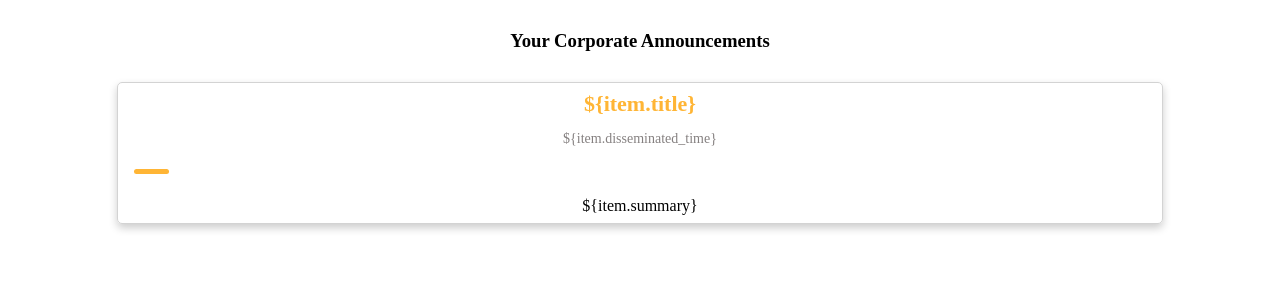
Repository: bhumikagohil/announcements
Page: card1.html
The author's editor kept a copy of each file at every save. The page is drawn from the files as they stood at one save, then again after the next save.
The browser window is 1280 px wide. The pictures show the whole page.
The page's requests for data from a server got no answer.

Above is the page before, as saved 2021-05-10 12:32:57.

### card1.html
<!DOCTYPE html>
<html>

<head>
  <meta name="viewport" content="width=device-width, initial-scale=1">
  <link rel="stylesheet" type="text/css" href="card1.css" />
</head>
<body>
    <div class="header-container">
        <h3 class="heading">Your Corporate Announcements</h3>
    </div>

    <div class="cards-container">

        <div class="card">
            <h5 class="title"> ${item.title} </h5>
            <p class="time"> ${item.disseminated_time}</p>
            <hr/>
            <div class="summary">
                ${item.summary}
            </div>
            </div>
    </div>
</body>
<script>

const endpoint = "https://picsum.photos/v2/list";

    fetch(endpoint)
        .then(function (response) {
            return response.json();
        })
        .then(function (data) {
            const newCard = data.map(item => {
                return `
                <div class="card">
                    <h5 class="title">
                        ${item.author}
                    </h5>
                    <p class="time">
                        ${item.width}
                    </p>
                    <hr/>
                    <div class="summary">
                        ${item.url}
                    </div>
                </div>
                `
            })

            document.querySelector(".cards-container").insertAdjacentHTML("afterbegin", newCard);
        })
        .catch(function (err) {
            console.log('error: ' + err);
        });

</script>


</html>

### card1.css
.header-container {
  width: 80%;
  margin: 30px auto;
}

.heading {
  text-align: center;
}

.cards-container {
  width: 100%;
}

.card {
  width: 80%;
  position: relative;
  display: flex;
  flex-direction: column;
  align-items: center;
  justify-content: space-between;
  padding: 0.5rem 1rem;
  box-shadow: 0 4px 8px 0 rgba(0, 0, 0, 0.2);
  border: 1px solid #d3d3d3;
  border-radius: 5px;
  margin: 7px auto;
  margin-bottom: 10px;
}

.title {
  font-weight: bolder;
  font-size: 22px;
  margin-block: 0;
  color: #ffb535;
}

hr {
  content: "";
  height: 5px;
  background: #ffb535;
  width: 35px;
  border-radius: 3px;
  margin-left: 0;
  border: none;
}

.time {
  font-size: 14px;
  color: #858080;
}

.summary {
  overflow-x: auto;
  margin-top: 15px;
}

After the next save:
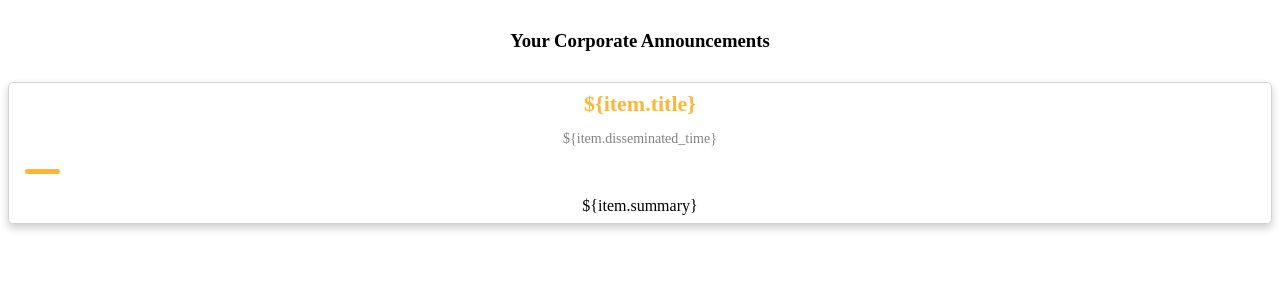
Saved 5 s later.
--- a/card1.css
+++ b/card1.css
@@ -1,6 +1,15 @@
 .header-container {
-  width: 80%;
+  width: 100%;
   margin: 30px auto;
+}
+
+.navbar {
+  position: relative;
+  display: flex;
+  flex-direction: column;
+  align-items: center;
+  justify-content: space-between;
+  padding: 0.5rem 1rem;
 }
 
 .heading {
@@ -12,7 +21,6 @@
 }
 
 .card {
-  width: 80%;
   position: relative;
   display: flex;
   flex-direction: column;
